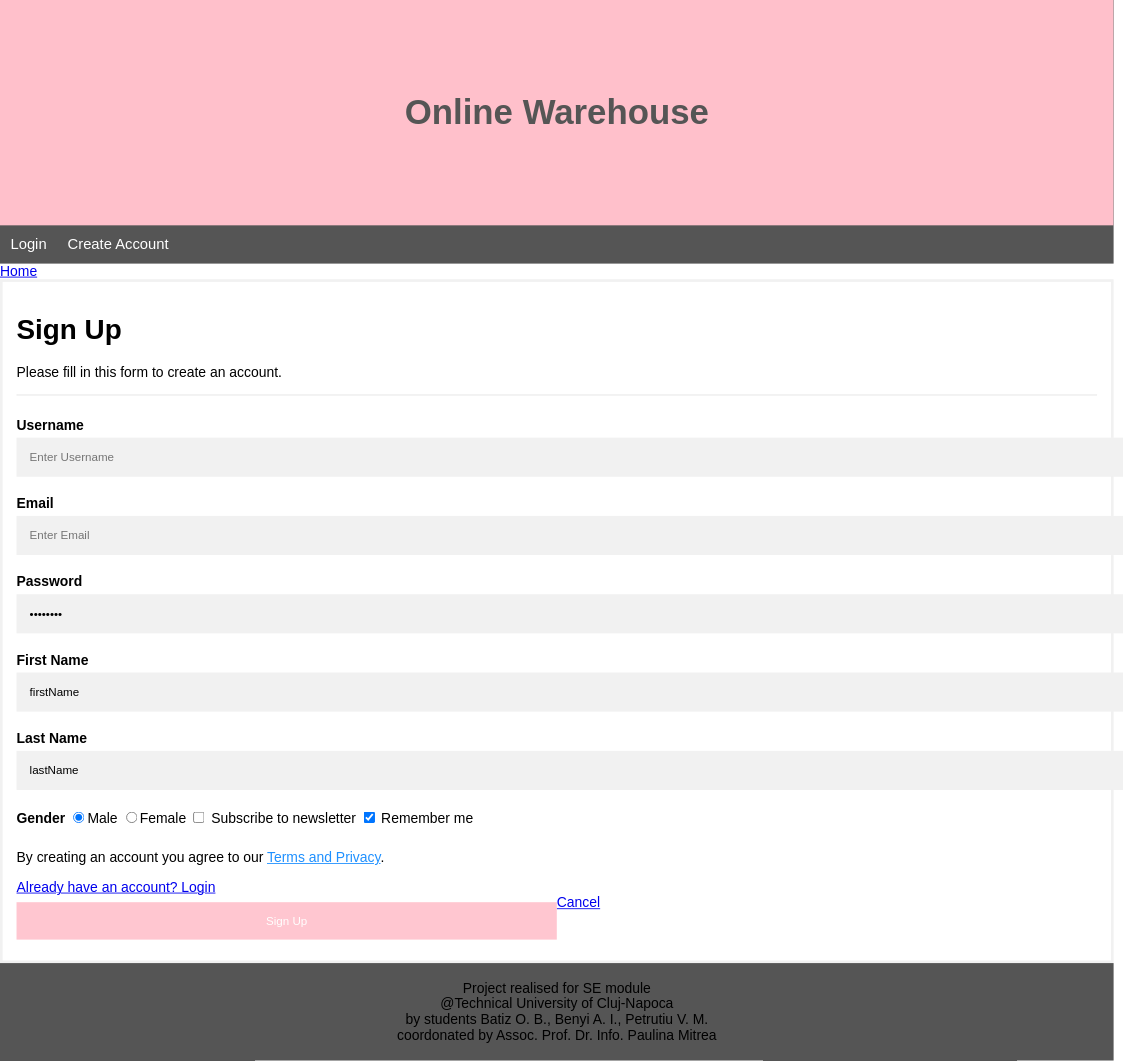
Repository: orsi-batiz/SEwithJSP
Page: http://localhost/OnlineWarehouse/createAccount.jsp
These files come from the project's save history. The page is drawn as it stood at one moment and after the next save; the edit follows.
The browser window is 1280 px wide. The page is 1291 px wide, so the pictures cover 1291 px, including what lies to the right of the window. The pictures show the whole page, at 87% of full size.
The page is served by Tomcat 9.

Above is the page before, as saved 2019-01-16 22:18:20.

After the next save:
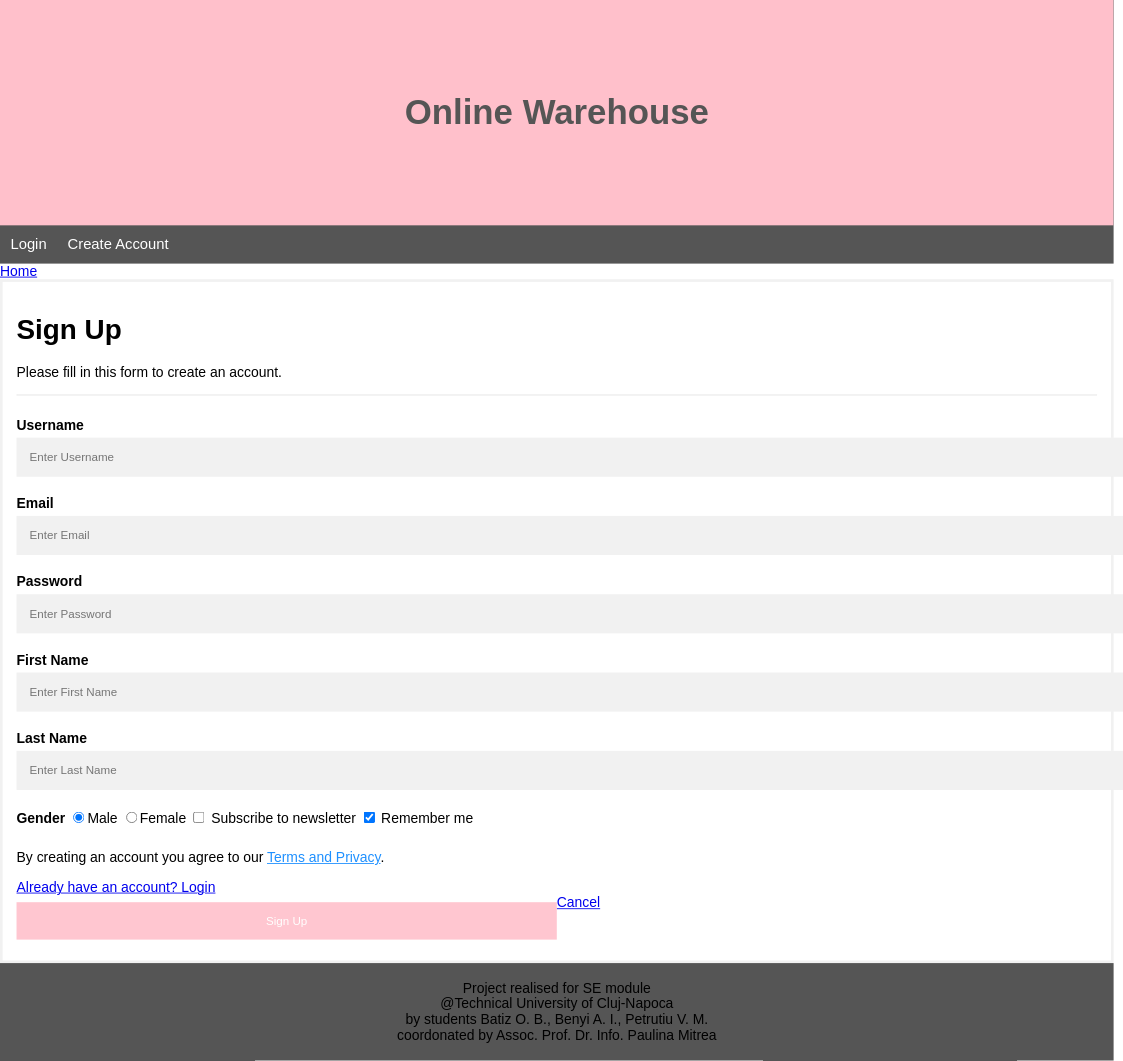
Saved 111 s later.
--- a/OnlineWarehouse/OnlineWarehouse/WebContent/createAccount.jsp
+++ b/OnlineWarehouse/OnlineWarehouse/WebContent/createAccount.jsp
@@ -95,19 +95,19 @@ button:hover {
     </c:if>
 
     <label for="username"><b>Username</b></label>
-    <input type="text" placeholder="Enter Username" name="username" value='${username}' required>
+    <input type="text" placeholder="Enter Username" name="username"  required>
 
     <label for="email"><b>Email</b></label>
-    <input type="text" placeholder="Enter Email" name="email" value='${email}' required>
+    <input type="text" placeholder="Enter Email" name="email"  required>
 
     <label for="psw"><b>Password</b></label>
-    <input type="password" placeholder="Enter Password" name="password" value=${"password"} required>
+    <input type="password" placeholder="Enter Password" name="password" required>
 
     <label for="firstName"><b>First Name</b></label>
-    <input type="text" placeholder="Enter First Name" name="firstName" value=${"firstName"} required>
+    <input type="text" placeholder="Enter First Name" name="firstName" required>
 
     <label for="lastName"><b>Last Name</b></label>
-    <input type="text" placeholder="Enter Last Name" name="lastName" value=${"lastName"} required>
+    <input type="text" placeholder="Enter Last Name" name="lastName"  required>
 
     <label for="gender"><b>Gender</b></label>
     <input type="radio" name="gender" value="M" checked/><label>Male</label>
